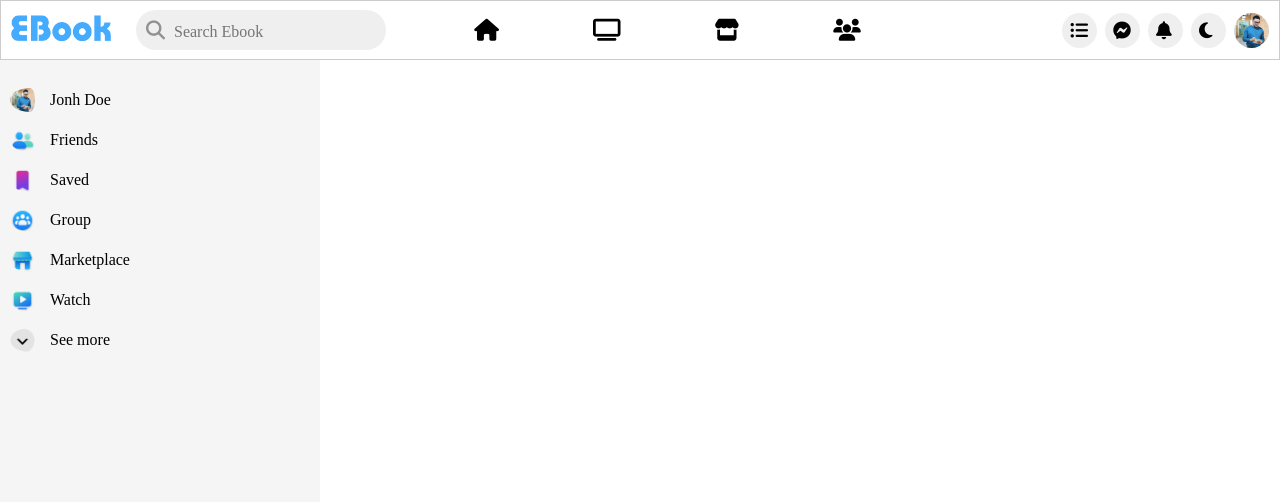
Repository: datvu1608/cloneebook
Page: index.html
The author's editor kept a copy of each file at every save. The page is drawn from the files as they stood at one save, then again after the next save.
The browser window is 1280 px wide. The pictures show the whole page.
Some web libraries are served in a nearby version.

Above is the page before, as saved 2023-02-23 15:01:20.

After the next save:
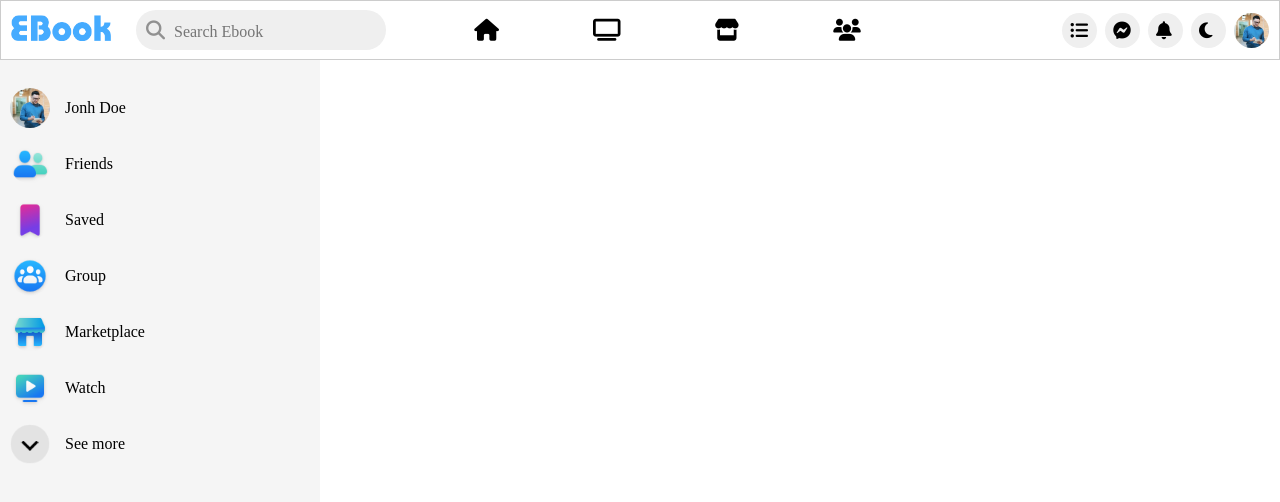
Saved 7 s later.
--- a/style.css
+++ b/style.css
@@ -132,5 +132,5 @@ nav .right img {
   object-fit: cover;
   object-position: center;
   border-radius: 50%;
-  padding: 8px 15px 8px 0;
+  margin: 8px 15px 8px 0;
 }
